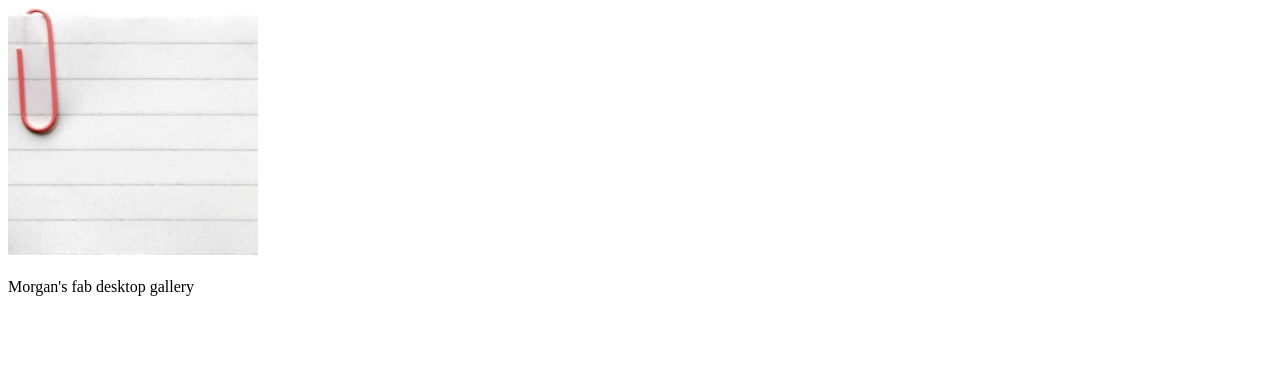
Repository: mh223ja/1dv403project
Page: index.html
The author's editor kept a record of every edit. The page is drawn from the files as they stood at one moment, then again after the next edit.
The browser window is 1280 px wide. The pictures show the whole page.

Above is the page before.

After the next edit:
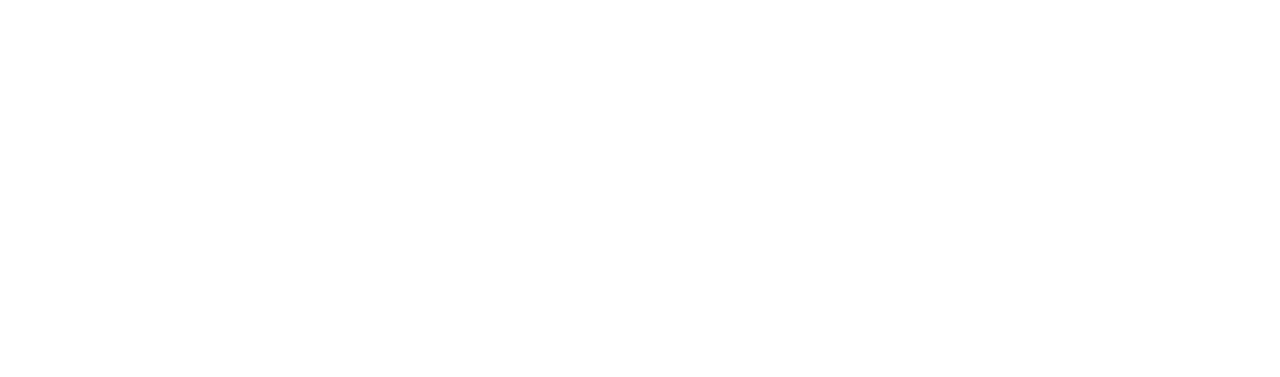
Console error: SyntaxError: Unexpected token '{'
The edit:
--- a/desktop.js
+++ b/desktop.js
@@ -37,7 +37,7 @@
         footer.appendChild(desktopText);
         desktopText.innerHTML = "Morgan's fab desktop gallery";
 
-        iconImage.onClick = function () {
+        iconImage.onClick = Project.renderWindow () {
             console.log("there");
 
         };

After the 3 edits that followed:
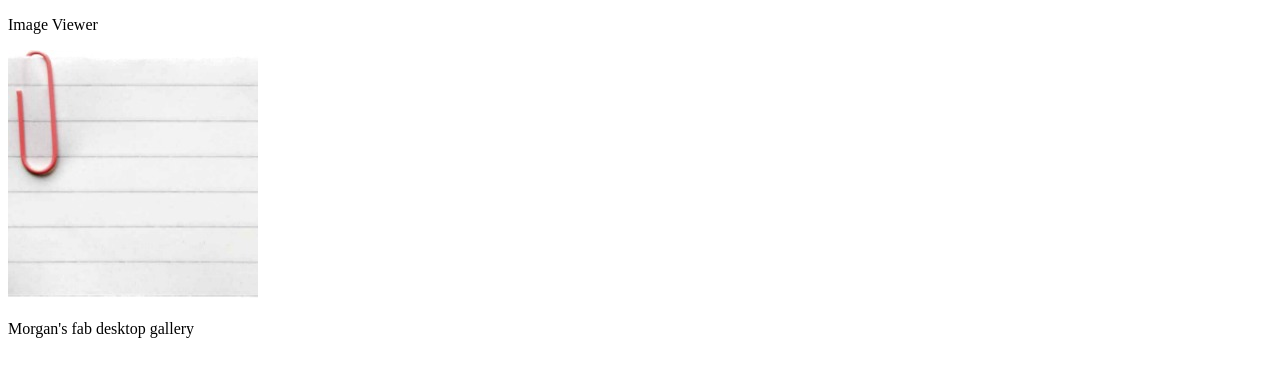
The error is gone.
The 3 edits are shown as one change because 2 left the picture as it was.
The edit:
--- a/desktop.js
+++ b/desktop.js
@@ -37,10 +37,10 @@
         footer.appendChild(desktopText);
         desktopText.innerHTML = "Morgan's fab desktop gallery";
 
-        iconImage.onClick = Project.renderWindow () {
-            console.log("there");
+        iconImage.onClick = Project.renderWindow ();
 
-        };
+
+
 
         console.log("hi again");
     },
